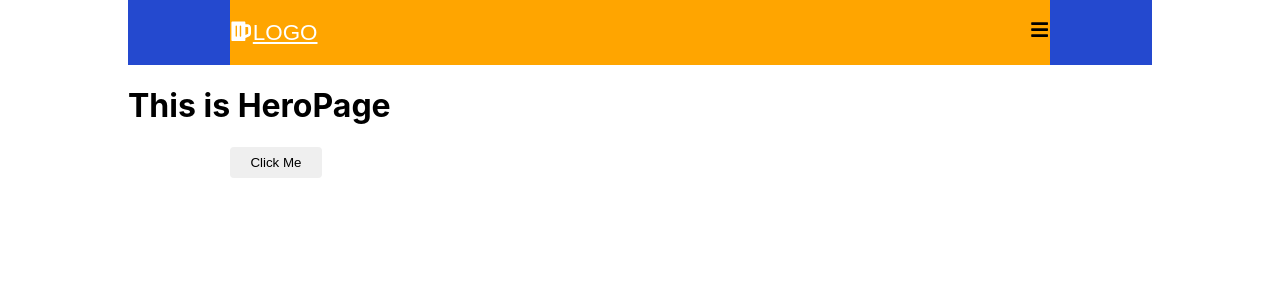
Repository: ajaygc95/Django-and-react
Page: / (app in galamart_sell/reactfrontend/)
An editor plug-in stored every save of this project. The page is shown before and after a run of saves, followed by the edit.
The browser window is 1280 px wide. The pictures show the whole page.
The project was rebuilt for these pictures with package versions that can differ from the ones it lists, and the page was loaded fresh each time. Also part of the build but not shown: galamart_sell/reactfrontend/src/components/Button.js, galamart_sell/reactfrontend/src/components/About.js, galamart_sell/reactfrontend/src/components/Shop.css, galamart_sell/reactfrontend/src/components/Shop.js, galamart_sell/reactfrontend/src/components/ItemDetail.js.

Above is the page before, as saved 2021-04-07 22:21:59.

### galamart_sell/reactfrontend/src/App.js
import React from "react";
import HeroPage from "./components/HeroPage";
import Nav from "./components/Nav";
import { BrowserRouter as Router, Switch, Route } from "react-router-dom";
import About from "./components/About";
import Shop from "./components/Shop";
import ItemDetail from "./components/ItemDetail";

function App() {
  return (
    <Router>
      <div className="container">
        <Nav></Nav>
        <Switch>
          <Route path="/" exact component={HeroPage}></Route>
          {/* <Route path="/about" component={About} />
          <Route path="/shop" exact component={Shop} />
          <Route path="/shop/:id" component={ItemDetail} /> */}
        </Switch>
      </div>
    </Router>
  );
}

export default App;

### galamart_sell/reactfrontend/src/components/HeroPage.js
import React from "react";

function HeroPage() {
  return (
    <>
      <h1>This is HeroPage</h1>
      <div className="container">
        <button className="btn btn-success">Click Me</button>
      </div>
    </>
  );
}

export default HeroPage;

### galamart_sell/reactfrontend/src/components/Nav.js
import React, { useState } from "react";
import { Link } from "react-router-dom";
import { FaBars, FaTimes, FaBeer } from "react-icons/fa";
import { Button } from "./Button";
import "./Nav.css";

function Nav() {
  const [click, setclick] = useState(false);
  const [button, setbutton] = useState(true);
  const handleClick = () => setclick(!click);

  const showButton = () => {
    if (window.innerWidth <= 960) {
      setbutton(false);
    } else {
      setbutton(true);
    }
  };

  window.addEventListener("resize", showButton);

  return (
    <>
      <nav className="navbar">
        <div className="navbar-container container">
          <Link to="/" className="navbar-logo">
            <FaBeer className="navbar-icon"></FaBeer>
            LOGO
          </Link>

          <div className="menu-icon" onClick={handleClick}>
            {click ? <FaTimes /> : <FaBars />}
          </div>
        </div>
      </nav>
    </>
  );
}

export default Nav;

### galamart_sell/reactfrontend/src/components/Nav.css
.navbar {
  background: #2449cf;
  height: 65px;
  width: 100%;

  font-family: Arial, Helvetica, sans-serif;
  font-size: 1.2rem;

  display: flex;
  justify-content: center;
  position: sticky;
  top: 0;
}

.navbar-container {
  background-color: orange;
  display: flex;
  justify-content: space-between;
  align-items: center;
  height: 65px;
}

.container {
  z-index: 1;
  width: 80%;
  margin-left: auto;
  margin-right: auto;
}

.navbar-logo {
  display: flex;
  color: white;
  font-size: 1.4rem;
}

.navbar-icon{

}

### galamart_sell/reactfrontend/src/components/Button.css
:root {
  --primary: #fff;
}

.btn {
  padding: 8px 20px;
  border-radius: 4px;
  outline: none;
  border: none;
  cursor: pointer;
  white-space: nowrap;

}

.btn--primary {
  background-color: var(--primary);
  color: #242424;
  border: 1px solid var(--primary);
}

.btn--outline {
  background-color: transparent;
  color: #fff;
  padding: 8px 20px;
  border: 1px solid var(--primary);
  transition: all 0.3s ease-out;
}

.btn--medium {
  padding: 8px 20px;
  font-size: 18px;
}

.btn--large {
  padding: 12px 26px;
  font-size: 20px;
}

.btn--mobile {
  text-align: center;
  border-radius: 4px;
  width: 80%;
  text-decoration: none;
  font-size: 1.5rem;
  background-color: transparent;
  color: #fff;
  padding: 14px 20px;
  border: 1px solid #fff;
  transition: all 0.3s ease-out;
}

.btn--wide {
  padding: 12px 64px;
  font-size: 20px;
}

.btn--large:hover,
.btn--medium:hover,
.btn--mobile:hover {
  transition: all 0.3s ease-out;
  background: #fff;
  color: #242424;
}

.btn--wide:hover {
  color: #fff;
  background-color: #f00946;
  transition: all 0.2s ease-out;
}

.btn-link {
  display: flex;
  justify-content: center;
  align-items: center;
  text-decoration: none;
  padding: 8px 16px;
  height: 100%;
  width: 100%;
}

.blue {
  background-color: #276afb;
  color: #fff;
  border: none;
}

.red {
  background-color: #f00946;
  color: #fff;
  border: none;
}

.primary {
  background-color: #242424;
  color: #fff;
  border: none;
}

.primary:hover {
  background-color: #fff;
  color: #242424;
  border: none;
}

.green {
  background: #25ce4a;
  color: #fff;
  border: none;
}

.green:hover {
  background-color: #242424;
}

Loaded but not shown: galamart_sell/reactfrontend/public/index.html (common file); galamart_sell/reactfrontend/src/index.js (common file); galamart_sell/reactfrontend/src/index.css (common file); galamart_sell/reactfrontend/src/reportWebVitals.js (common file)

After the next 2 saves:
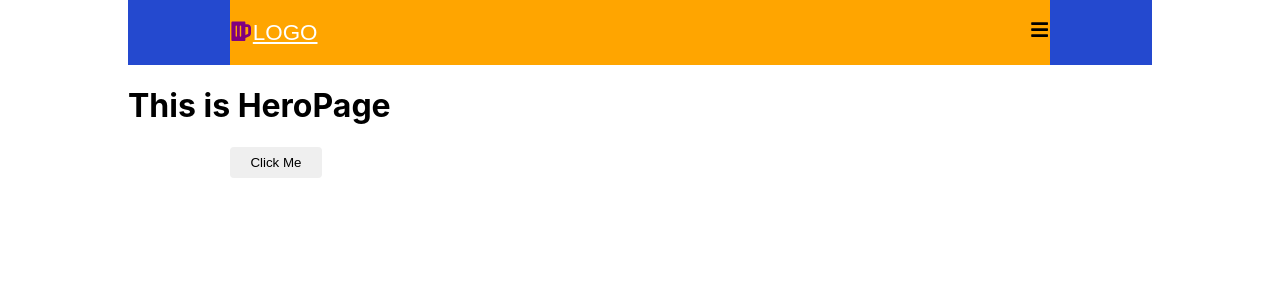
The 2 saves are shown as one change because they came seconds apart.
The last was saved 10 s later.
--- a/galamart_sell/reactfrontend/src/components/Nav.css
+++ b/galamart_sell/reactfrontend/src/components/Nav.css
@@ -34,5 +34,6 @@
 }
 
 .navbar-icon{
+  color: purple;
 
 }
